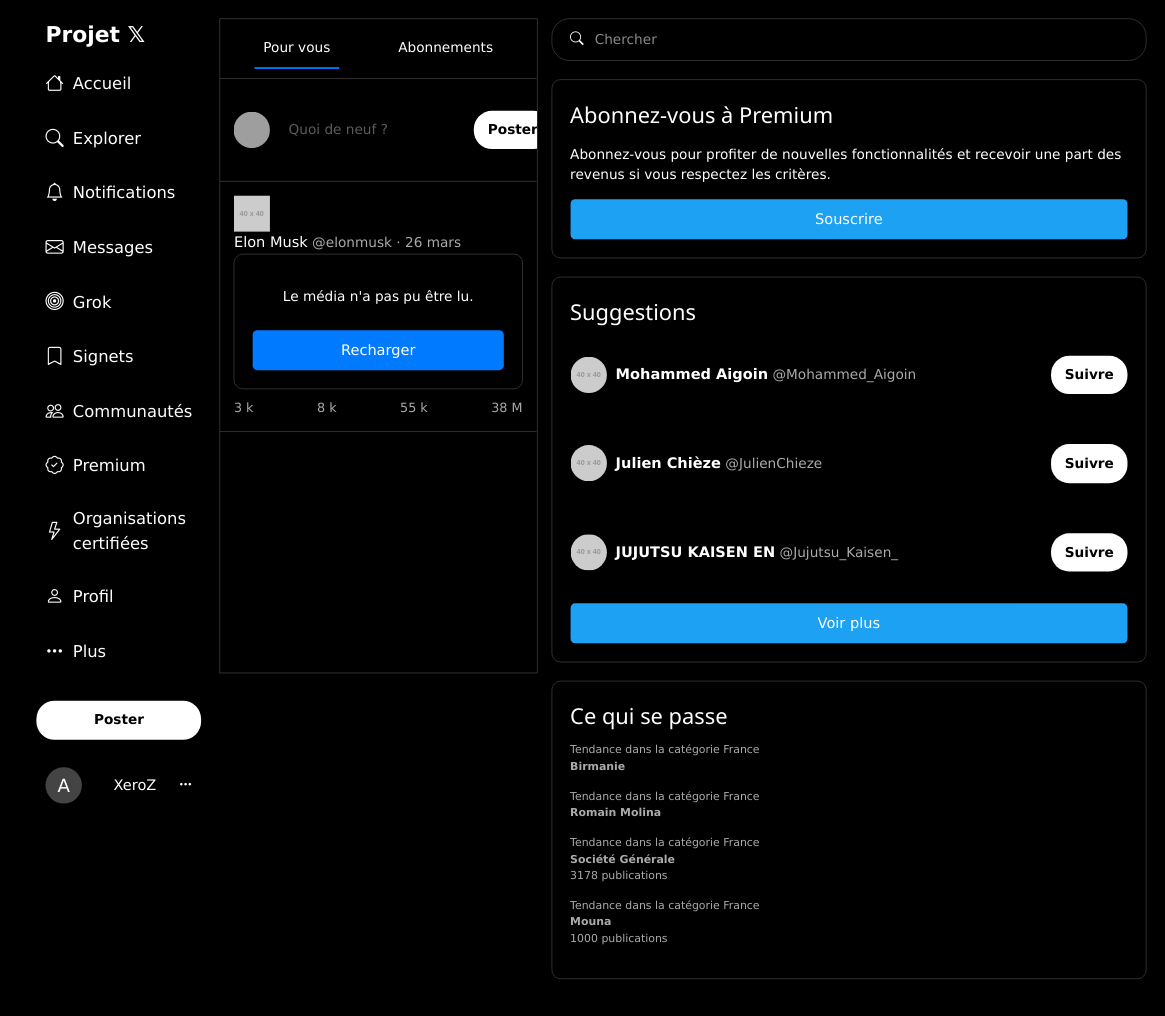
Repository: barriefl/ProjetX_BARRIER_MAULINE_MARQUES-FELIX_SERVONNET
Page: web/front/main.html
The author's editor kept a copy of each file at every save. The page is drawn from the files as they stood at one save, then again after a run of saves.
The browser window is 1280 px wide. The pictures show the whole page, at 91% of full size.
Pictures or frames that could not be fetched are drawn as grey boxes. An inner scrolling area shows only its first screen.

Above is the page before, as saved 2025-03-31 10:07:09.

After the next 3 saves:
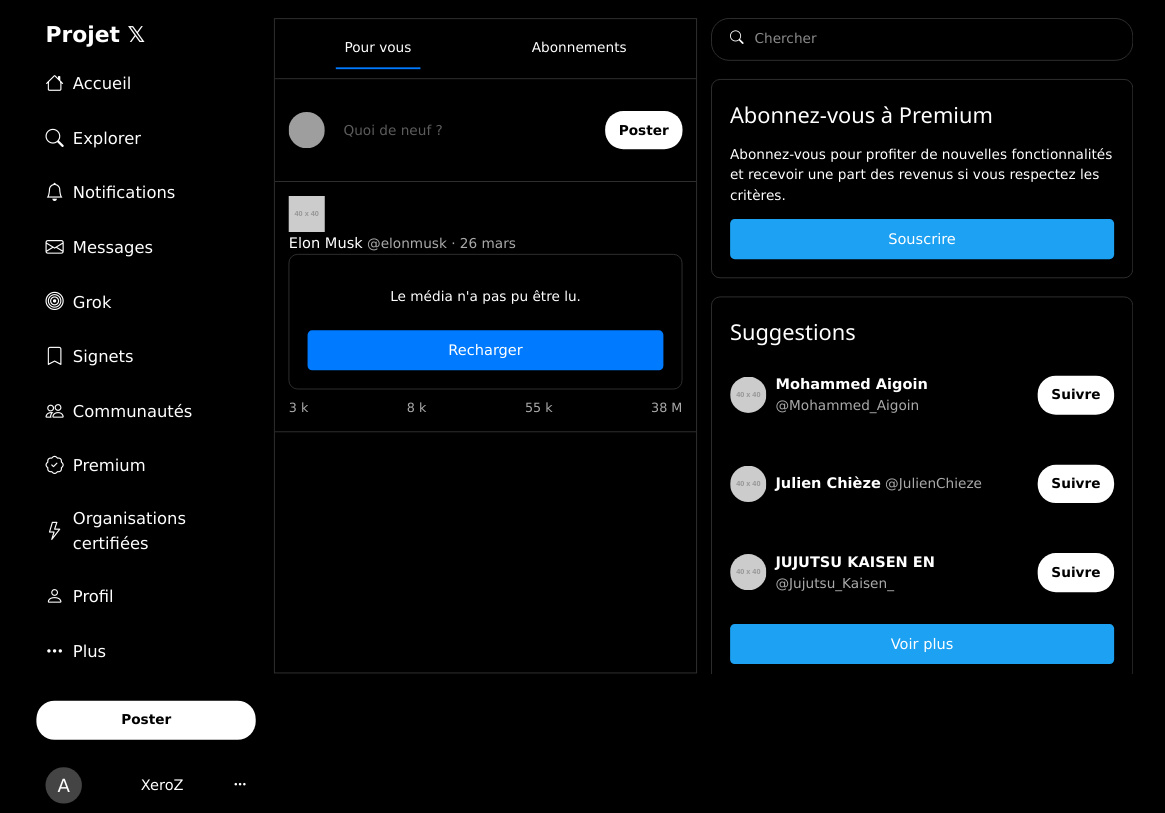
The 3 saves are shown as one change because they came seconds apart.
The last was saved 21 s later.
--- a/web/front/style/main.css
+++ b/web/front/style/main.css
@@ -218,7 +218,10 @@
 }
 
 .right-sidebar {
-
+    width: 500px;
+    max-height: 100vh;
+    overflow-y: auto ;
+    margin-right: 15px;
 }
 
  .search-bar {
